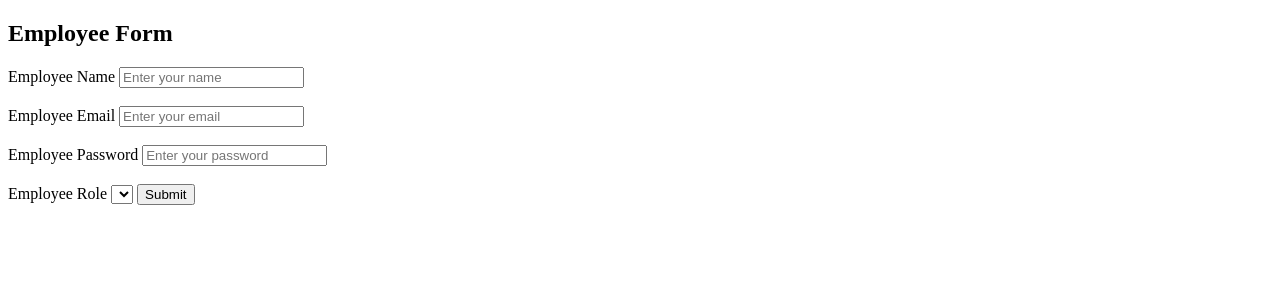
Repository: mrhpn/JavaEE--JSP-SERVLET
Page: JSP_JSTL/WebContent/employee-form.html
The author's editor kept a copy of each file at every save. The page is drawn from the files as they stood at one save, then again after the next save.
The browser window is 1280 px wide. The pictures show the whole page.

Above is the page before, as saved 2021-04-01 07:32:57.

After the next save:
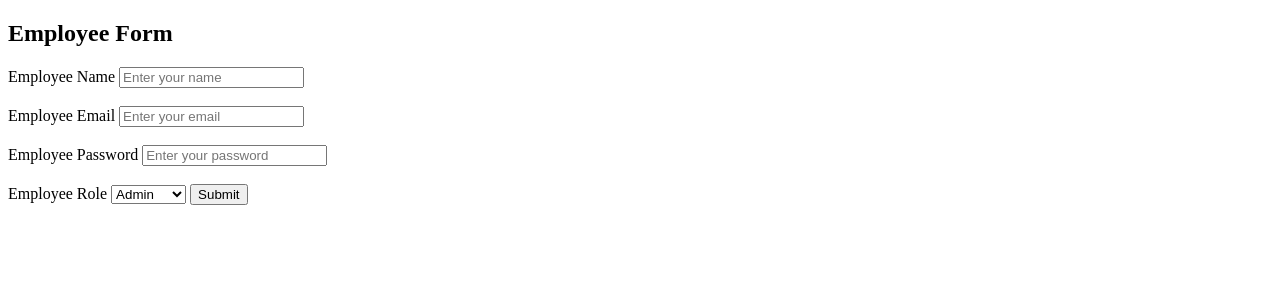
Saved 16 s later.
--- a/JSP_JSTL/WebContent/employee-form.html
+++ b/JSP_JSTL/WebContent/employee-form.html
@@ -22,7 +22,9 @@
 
 		<label>Employee Role</label>
 		<select name="employeeRole" required="required">
-			<option>
+			<option>Admin</option>
+			<option>Manager</option>
+			<option>Staff</option>
 		</select>
 
 		<input type="submit" value="Submit" />
